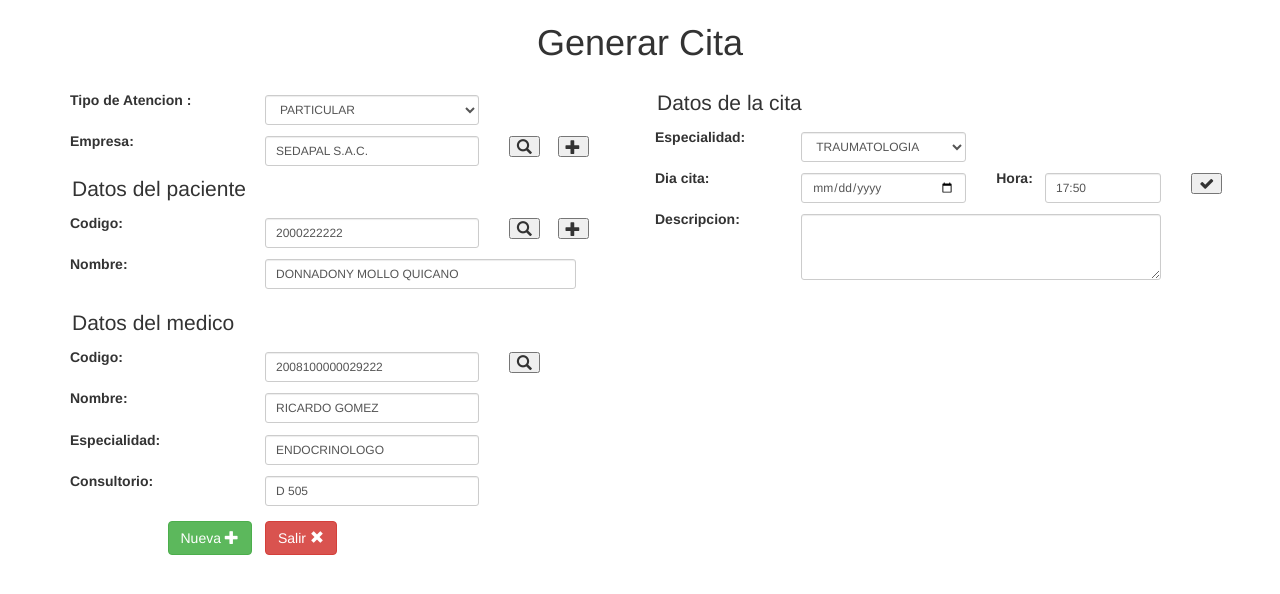
Repository: Donyx10/ADSII-ProyectoClinica
Page: http://localhost/AvanceWeb/GeneraCitaMedica.jsp
An editor plug-in stored every save of this project. The page is shown before and after the next save, followed by the edit.
The browser window is 1280 px wide. The pictures show the whole page.
Some web fonts or font styles are not loaded; a fallback is used. The page is served by Tomcat 9.

Above is the page before, as saved 2018-06-04 05:37:01.

After the next save:
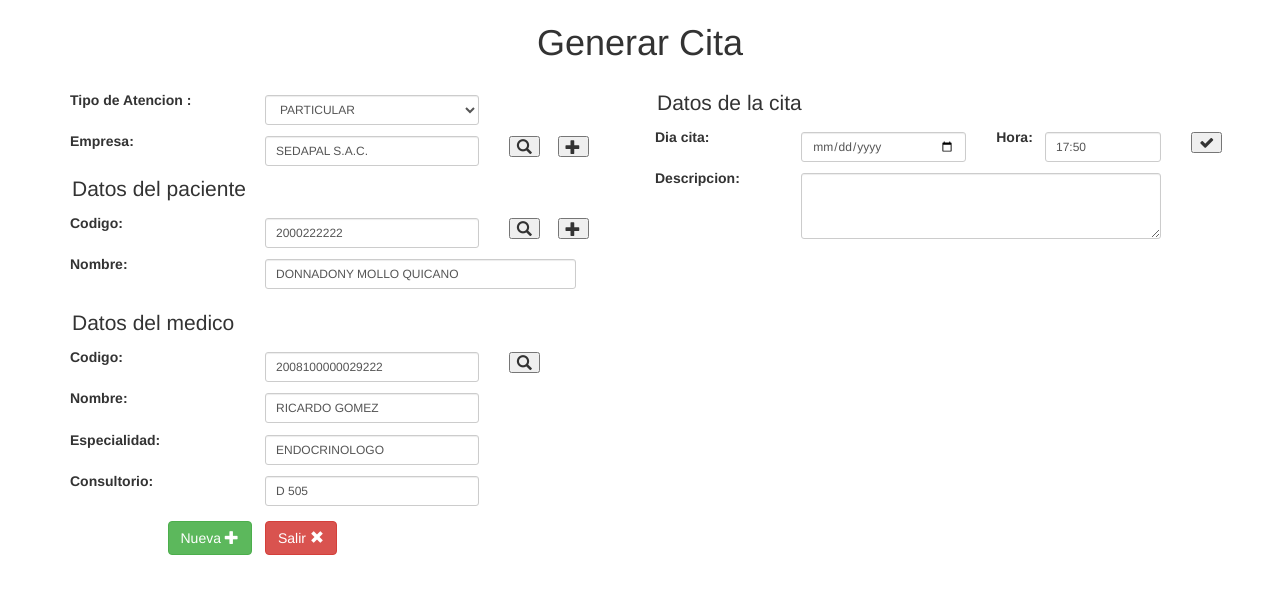
Saved 68 s later.
--- a/WebDemo/AvanceWeb/WebContent/GeneraCitaMedica.jsp
+++ b/WebDemo/AvanceWeb/WebContent/GeneraCitaMedica.jsp
@@ -184,6 +184,7 @@
 						<div class="col-md-12" >
 							<fieldset>
 								<legend>Datos de la cita </legend>
+								<!--
 								<div class="row">
 									<div class="col-md-3">
 										<label class="" for="">Especialidad:</label>
@@ -197,6 +198,7 @@
 									</div>
 								</div>
 								<br>
+								 -->
 								<!--
 						<div class="row">
 							<div class="col-md-3">
